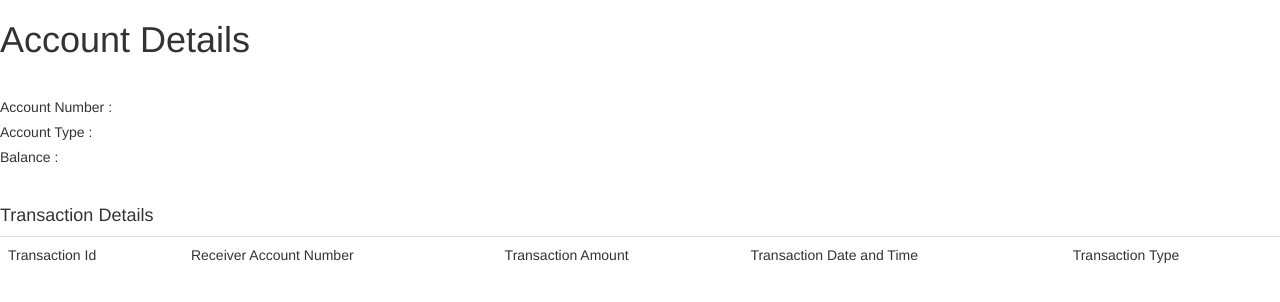
Repository: Shubham-Gawade/SpringHibernateTraining
Page: http://localhost/xorbankonline/WEB-INF/pages/accountdetails.jsp
These files come from the project's save history. The page is drawn as it stood at one moment and after the next save; the edit follows.
The browser window is 1280 px wide. The pictures show the whole page.
The page is served by Tomcat 9. Nobody is signed in. The template is opened directly, without the code that normally fills it, so the values that code supplies are empty.

Above is the page before, as saved 2021-10-05 12:42:36.

After the next save:
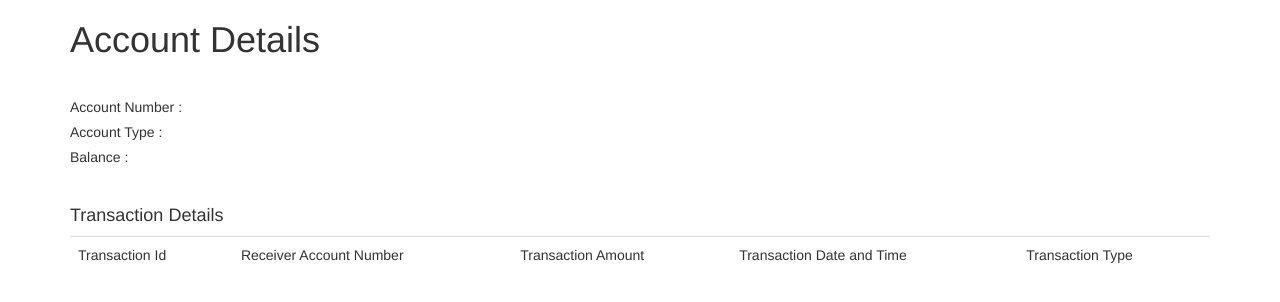
Saved 34 s later.
--- a/xorbankonline/src/main/webapp/WEB-INF/pages/accountdetails.jsp
+++ b/xorbankonline/src/main/webapp/WEB-INF/pages/accountdetails.jsp
@@ -8,7 +8,7 @@
 <title>Insert title here</title>
 <link rel="stylesheet" href="https://maxcdn.bootstrapcdn.com/bootstrap/3.3.7/css/bootstrap.min.css">
 </head>
-<body>
+<body  class="container">
 <h1>Account Details</h1>
 	<br>
 	<h5>Account Number : ${account.accountNumber}</h5>
